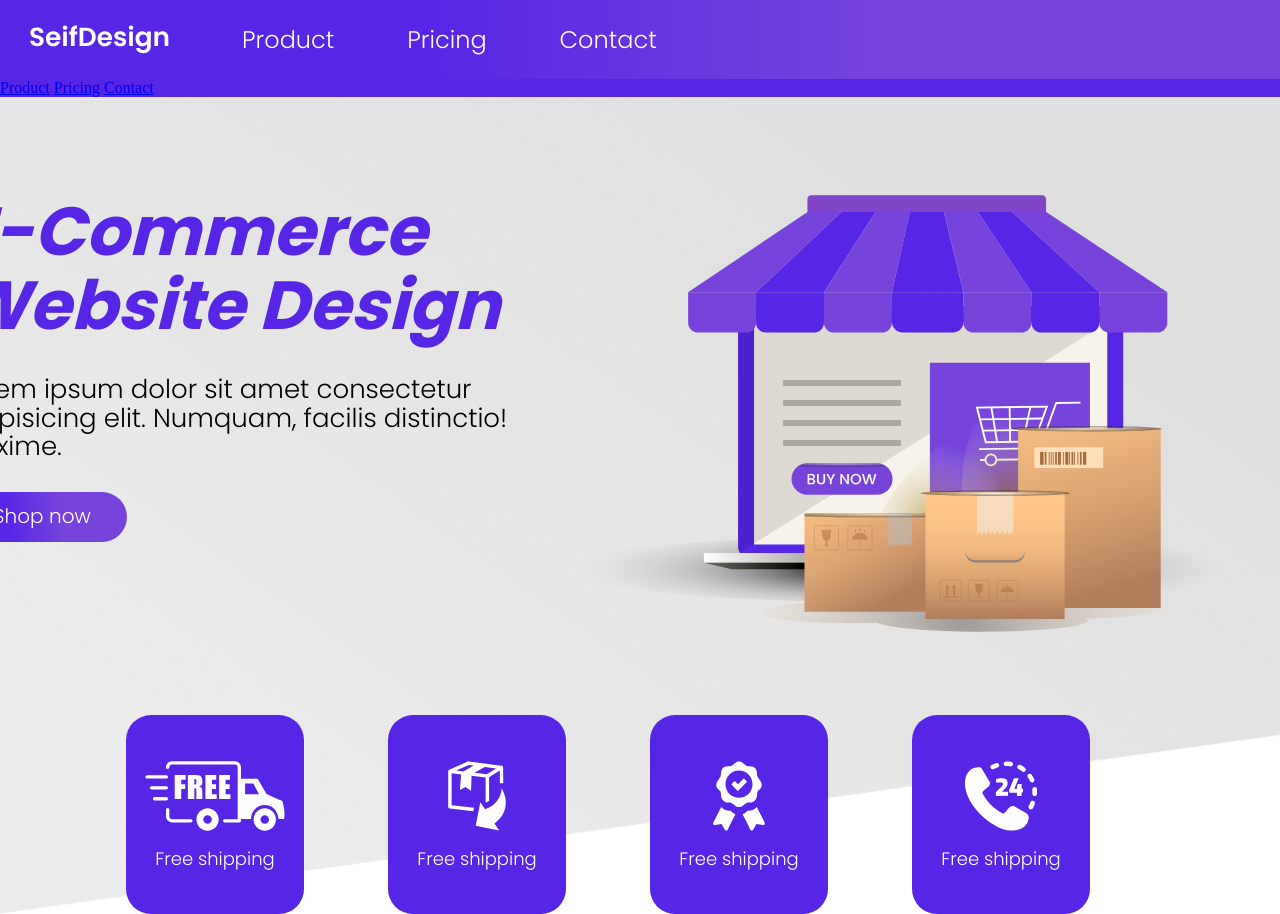
Repository: simralgasimov/newpage
Page: index.html
An editor plug-in stored every save of this project. The page is shown before and after the next save, followed by the edit.
The browser window is 1280 px wide. The pictures show the whole page.
The style sheet was rebuilt from its Sass, Less or Tailwind sources for each picture, by a compiler version that may differ from the author's.

Above is the page before, as saved 2023-12-13 15:20:25.
Not found: index.js

After the next save:
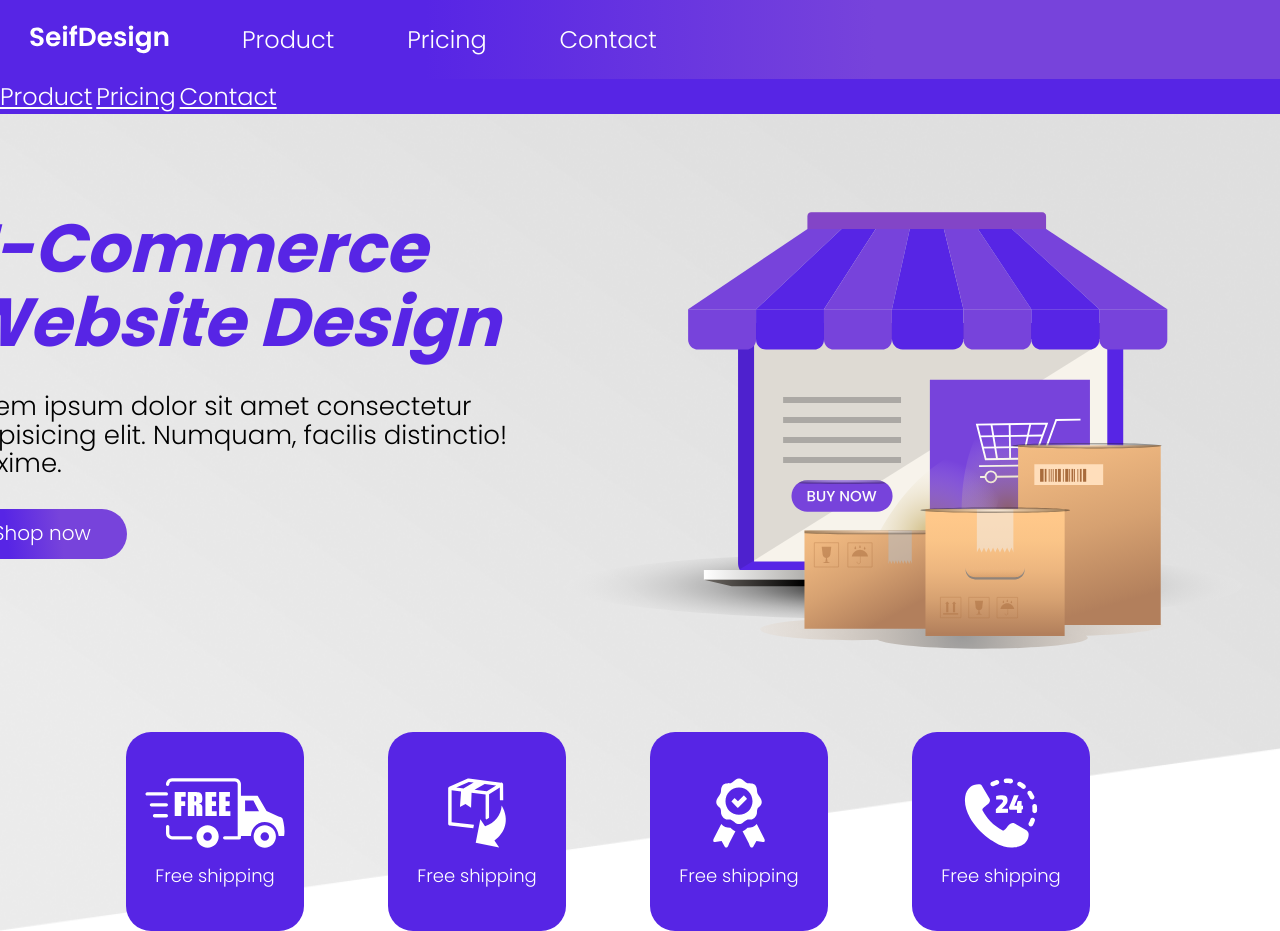
Saved 16 s later.
--- a/index.scss
+++ b/index.scss
@@ -61,6 +61,15 @@
   }
   .menu-list{
     background-color: #5725e5;
+    a{
+        color: #FFF;
+text-align: center;
+font-family: Poppins;
+font-size: 24px;
+font-style: normal;
+font-weight: 300;
+line-height: normal;
+    }
   }
   .box-container {
     .box-1 {
